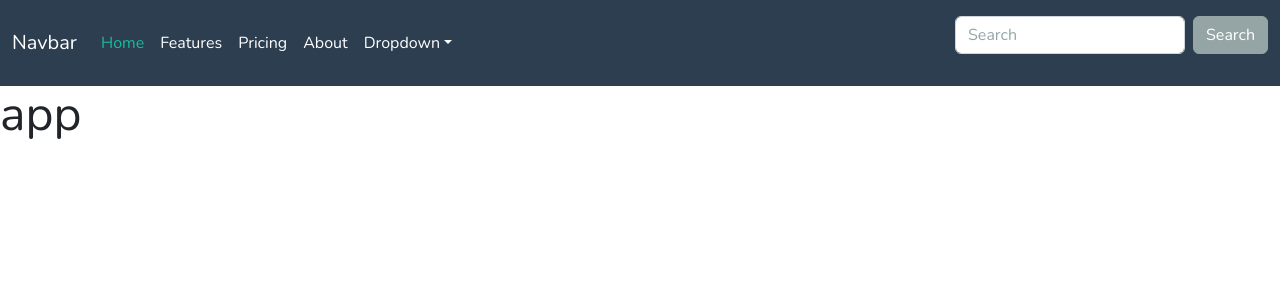
Repository: WaiMaungMaung/Mgr-site
Page: http://localhost/
The author's editor kept a copy of each file at every save. The page is drawn from the files as they stood at one save, then again after the next save.
The browser window is 1280 px wide. The pictures show the whole page.
The page is served by the project's Laravel application, run on PHP 8.4 with Laravel 9.

Above is the page before, as saved 2022-04-05 16:19:43.

After the next save:
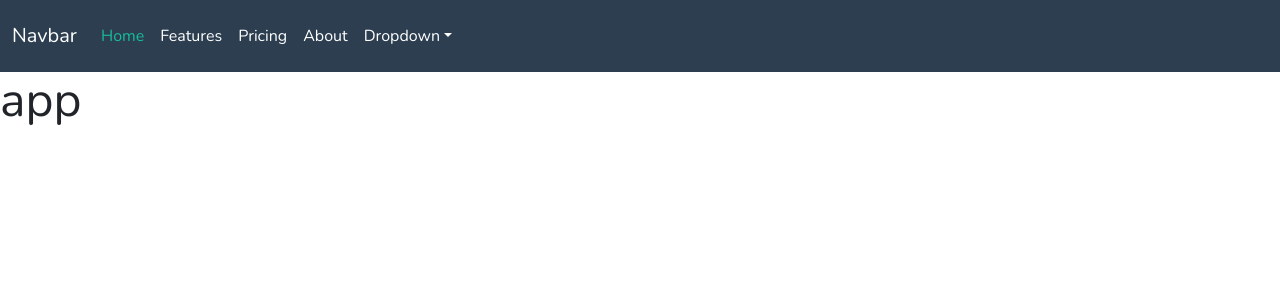
Saved 32 s later.
--- a/resources/views/welcome.blade.php
+++ b/resources/views/welcome.blade.php
@@ -36,10 +36,7 @@
                         </div>
                     </li>
                 </ul>
-                <form class="d-flex">
-                    <input class="form-control me-sm-2" type="text" placeholder="Search">
-                    <button class="btn btn-secondary my-2 my-sm-0" type="submit">Search</button>
-                </form>
+
             </div>
         </div>
     </nav>
